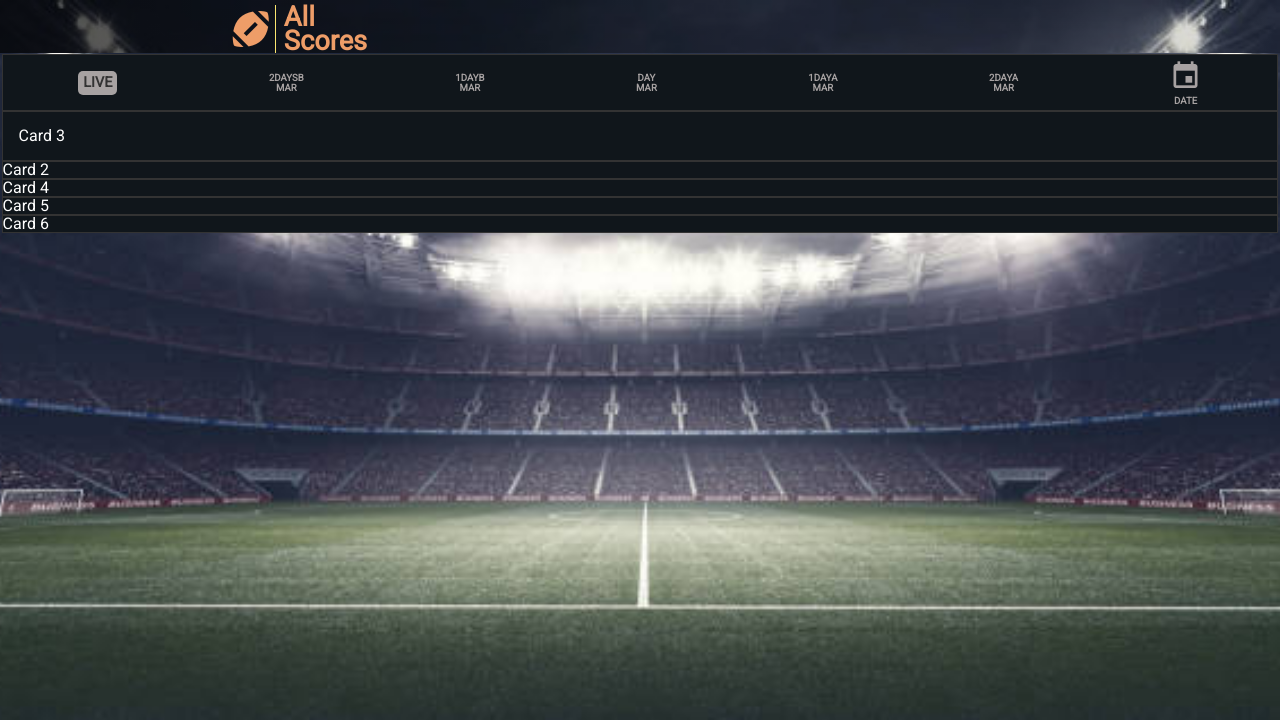
Repository: boomshakar/AllScores
Page: index.html
These files come from the project's save history. The page is drawn as it stood at one moment and after the next save; the edit follows.
The browser window is 1280 px wide. The pictures show the whole page.
The style sheet was rebuilt from its Sass, Less or Tailwind sources for each picture, by a compiler version that may differ from the author's.

Above is the page before, as saved 2021-03-30 03:24:32.

### index.html
<!DOCTYPE html>
<html lang="en">
  <head>
    <meta charset="UTF-8" />
    <meta http-equiv="X-UA-Compatible" content="IE=edge" />
    <meta name="viewport" content="width=device-width, initial-scale=1.0" />
    <title>All Scores</title>
    <link rel="stylesheet" href="css/main.css" />
    <link
      rel="stylesheet"
      href="https://fonts.googleapis.com/icon?family=Material+Icons"
    />
  </head>
  <body>
    <header>
      <a href="index.html" class="head-name__logo">
        <span class="material-icons md-48">sports_football</span>
        <h1>All<br />Scores</h1>
      </a>
      <ul class="head-name">
        <a href="index.html"
          ><li class="head-name__mob active">
            <span class="material-icons md-36">sports_soccer</span>
            <h3>Soccer</h3>
          </li></a
        >
        <a href="#"
          ><li class="head-name__mob">
            <span class="material-icons md-36">sports_basketball</span>
            <h3>Basket</h3>
          </li></a
        >
        <a href="#"
          ><li class="head-name__mob">
            <span class="material-icons md-36">golf_course</span>
            <h3>Golf</h3>
          </li></a
        >
        <a href="#"
          ><li class="head-name__mob">
            <span class="material-icons md-36">sports_tennis</span>
            <h3>Tennis</h3>
          </li></a
        >
      </ul>
      <div class="menu-btn">
        <span class="menu-btn__burger"></span>
      </div>
      <nav class="nav">
        <ul class="menu-nav">
          <div class="menu-nav__time">
            Lorem ipsum, dolor sit amet consectetur adipisicing elit. Qui
            quidem, dignissimos asperiores totam nesciunt laborum at consectetur
            nam temporibus ea.
          </div>
          <li class="menu-nav__item active">
            <a href="index.html" class="menu-nav__link">Soccer</a>
          </li>
          <li class="menu-nav__item">
            <a href="#" class="menu-nav__link">Basketball</a>
          </li>
          <li class="menu-nav__item">
            <a href="#" class="menu-nav__link">Tennis</a>
          </li>
          <li class="menu-nav__item">
            <a href="#" class="menu-nav__link">Hockey</a>
          </li>
          <li class="menu-nav__item">
            <a href="#" class="menu-nav__link">Golf</a>
          </li>
          <li class="menu-nav__item">
            <a href="#" class="menu-nav__link">Basketball</a>
          </li>
          <li class="menu-nav__item">
            <a href="#" class="menu-nav__link">Tennis</a>
          </li>
          <li class="menu-nav__item">
            <a href="#" class="menu-nav__link">Hockey</a>
          </li>
          <li class="menu-nav__item">
            <a href="#" class="menu-nav__link">Golf</a>
          </li>
          <li class="menu-nav__item">
            <a href="#" class="menu-nav__link">Basketball</a>
          </li>
          <li class="menu-nav__item">
            <a href="#" class="menu-nav__link">Tennis</a>
          </li>
          <li class="menu-nav__item">
            <a href="#" class="menu-nav__link">Hockey</a>
          </li>
          <li class="menu-nav__item">
            <a href="#" class="menu-nav__link">Golf</a>
          </li>
          <div class="menu-nav__foot">
            Lorem ipsum dolor sit amet consectetur adipisicing elit. Quisquam
            quod neque provident ex cumque adipisci, iusto, tempora quibusdam
            maxime, magni autem perferendis? Quibusdam, tenetur. Laudantium,
            velit reiciendis deleniti perferendis nesciunt vitae dolores itaque
            aut voluptas dolor veritatis. Optio ducimus consectetur nisi sequi,
            nesciunt id quis mollitia, laborum voluptates necessitatibus modi.
          </div>
        </ul>
      </nav>
    </header>
    <div class="grid-contain">
      <span class="card">
        <div class="date-select">
          <a href="#" class="date-select__link active"
            ><div class="date-select__match live-logo">
              <strong>live</strong>
            </div></a
          >
          <a href="#" class="date-select__link"
            ><div class="date-select__match">
              <h6>2daysB</h6>
              <h6>Mar</h6>
            </div></a
          >
          <a href="#" class="date-select__link"
            ><div class="date-select__match">
              <h6>1dayB</h6>
              <h6>Mar</h6>
            </div></a
          >
          <a href="#" class="date-select__link"
            ><div class="date-select__match">
              <h6>Day</h6>
              <h6>Mar</h6>
            </div></a
          >
          <a href="#" class="date-select__link"
            ><div class="date-select__match">
              <h6>1dayA</h6>
              <h6>Mar</h6>
            </div></a
          >
          <a href="#" class="date-select__link"
            ><div class="date-select__match">
              <h6>2dayA</h6>
              <h6>Mar</h6>
            </div></a
          >
          <a href="#" class="date-select__link"
            ><div class="date-select__match live-cal">
              <span class="material-icons"> event </span>
              <h6>Date</h6>
            </div></a
          >
        </div>
      </span>
      <div class="card">Card 2</div>
      <div class="card">Card 3</div>
      <div class="card">Card 4</div>
      <div class="card">Card 5</div>
      <div class="card">Card 6</div>
    </div>
  </body>
  <script src="main.js"></script>
</html>

### main.js
const menuBtn = document.querySelector(".menu-btn");
const menuBurger = document.querySelector(".menu-btn__burger");
const nav = document.querySelector(".nav");
const headName = document.querySelector(".head-name");
const menuNav = document.querySelector(".menu-nav");
const menuNavList = document.querySelectorAll(".menu-nav__item");

let menuOpen = false;

menuBtn.addEventListener("click", toggleMenu);

function toggleMenu() {
  if (!menuOpen) {
    menuBurger.classList.add("open");
    nav.classList.add("open");
    headName.classList.add("open");
    menuNav.classList.add("open");
    menuNavList.forEach((item) => item.classList.add("open"));

    menuOpen = true;
  } else {
    menuBurger.classList.remove("open");
    nav.classList.remove("open");
    headName.classList.remove("open");
    menuNav.classList.remove("open");
    menuNavList.forEach((item) => item.classList.remove("open"));

    menuOpen = false;
  }
}

### scss/main.scss
@import "config";
@import "menu";
@import "home";
@import "responsive";

body {
  position: relative;
  background: $primary-color;
  color: $text-color;
  height: 100vh;
  font-family: "Roboto", "Segoe UI", Tahoma, Verdana, sans-serif;
  line-height: 1;
  background: url(../img/stadium3.jpg);
  background-size: cover;
  background-repeat: no-repeat;
  background-position: center;
  background-attachment: fixed;
}

header {
  display: flex;
  z-index: 2;
  background: linear-gradient(to right, rgba(#000, 0.7), rgba(#000, 0.1)),
    url(../img/head.jpg);
  background-size: cover;
  background-repeat: no-repeat;
  position: fixed;
  width: 100vw;
  padding-top: 0.3rem;

  a {
    color: $secondary-color;
  }
}

### scss/_config.scss
$primary-color: #24303a;
$secondary-color: #ee9d68;
$text-color: #fae56f;
$text-color2: rgb(167, 162, 162);

* {
  box-sizing: border-box;
  margin: 0;
  padding: 0;
  outline: 0;
  list-style: none;
}
a {
  text-decoration: none;
}

@import url("https://fonts.googleapis.com/css2?family=Roboto&display=swap");

@mixin transition-mix {
  transition: all 0.5s ease-in-out;
}

@mixin media-xxsm {
  @media screen and (max-width: 313px) {
    @content;
    ul.head-name {
      visibility: hidden;
    }
  }
}

@mixin media-xsm {
  @media screen and (min-width: 314px) and (max-width: 359px) {
    @content;
  }
}

@mixin media-sm {
  @media screen and (min-width: 360px) and (max-width: 399px) {
    @content;
  }
}

@mixin media-smd {
  @media screen and (min-width: 400px) {
    @content;
  }
}

@mixin media-md {
  @media screen and (min-width: 500px) {
    @content;
  }
}

@mixin media-lg {
  @media screen and (min-width: 700px) {
    @content;
  }
}

@mixin media-xl {
  @media screen and (min-width: 1000px) {
    @content;
  }
}

### scss/_menu.scss
.menu-btn {
  position: fixed;
  z-index: 1;
  width: 28px;
  height: 20px;
  top: 0.8rem;
  right: 0.7rem;
  background: transparent;
  cursor: pointer;
  @include transition-mix;
  &__burger {
    position: absolute;
    width: 20px;
    height: 3px;
    right: 0.5rem;
    top: 0.5rem;
    background: pink;
    border-radius: 5px;
    @include transition-mix;

    &::before {
      content: "";
      position: absolute;
      width: 28px;
      height: 3px;
      top: -8px;
      background: $text-color;
      border-radius: 5px;
      @include transition-mix;
    }

    &::after {
      content: "";
      position: absolute;
      width: 28px;
      height: 3px;
      top: 8px;
      background: $text-color;
      border-radius: 5px;
      @include transition-mix;
    }

    &.open {
      transform: rotate(720deg);
      background: transparent;

      &::before {
        transform: rotate(45deg) translate(5px, 8px);
        background: $secondary-color;
      }
      &::after {
        transform: rotate(-45deg) translate(3px, -7px);
        background: $secondary-color;
      }
    }
  }
}
nav {
  position: fixed;
  top: 0;
  left: 0;
  width: 100vw;
  visibility: hidden;
  &.open {
    visibility: visible;
  }
}

.menu-nav {
  display: grid;
  grid-template-columns: 1fr;
  grid-template-rows: 1fr;
  width: 100vw;
  height: 100vh;
  top: 50px;
  left: 0;
  right: 0;
  bottom: 0;
  overflow-y: scroll;
  overflow-x: hidden;
  background: $primary-color;
  opacity: 0.97;
  transform: translateY(-100%);
  @include transition-mix;

  &.open {
    transform: translateY(0);
  }
  &__time {
    padding: 1.5rem 1.5rem 1rem 1.5rem;
    line-height: 1.2;
    font-size: 12px;
  }

  &__item {
    transform: translateX(100vw);
    border-bottom: 1px solid rgb(102, 96, 96);
    @include transition-mix;
    &:nth-of-type(1) {
      border-top: 1px solid rgb(102, 96, 96);
    }
    &.open {
      transform: translateX(0);
    }
    &.active > a {
      color: $secondary-color;
    }
  }

  &__link {
    display: grid;
    font-size: 1.1rem;
    padding: 0.7rem 0;
    font-weight: 600;
    text-transform: uppercase;
    text-align: center;
    color: rgb(167, 162, 162);
    @include transition-mix;

    &:hover {
      color: $secondary-color;
    }
  }

  &__foot {
    padding: 2rem 1.5rem 200px 1.5rem;
    font-size: 12px;
  }
}

@for $f from 1 through 14 {
  .menu-nav__item:nth-child(#{$f}) {
    transition-delay: ($f * 0.1s) + 0.05s;
  }
}

### scss/_home.scss
.grid-contain {
  padding: 3.4rem 0.1rem 1.5rem 0.1rem;
  display: grid;
  grid-template-columns: 1fr;

  .card {
    background: darken($primary-color, 10%);
    border: 1px solid #333;
    color: #fff;

    &:nth-child(1) {
      //date selector
      grid-column: 1 / 1;
      grid-row: 1/ 2;
      .date-select {
        display: flex;
        flex-direction: row;
        justify-content: space-around;
        &__link {
          color: $text-color2;
          padding: 0.3rem 0.8rem;
          text-transform: uppercase;
          text-align: center;
          align-content: center;
          justify-content: center;
          &:nth-child(1) > .live-logo {
            color: #333;
            background: $text-color2;
            border-radius: 5px;
            padding: 5px;
          }
          &:nth-child(1) > .live-cal {
            padding: 5px;
          }
        }
        &__match {
          font-size: 0.9rem;
          .material-icons {
            font-size: 2rem;
          }
        }
      }
    }

    &:nth-child(2) {
      //left side
      grid-column: 1;
      grid-row: 3 / 4;
    }

    &:nth-child(3) {
      //main menu
      grid-column: 1;
      grid-row: 2 / 3;
      padding: 1rem;
    }

    &:nth-child(4) {
      //right side
      grid-column: 1;
      grid-row: 4 / 5;
    }

    &:nth-child(5) {
      //stciky ad below
      grid-column: 1;
      grid-row: 5 / 6;
    }

    &:nth-child(6) {
      //footer
      grid-column: 1;
      grid-row: 6 / 7;
    }
  }
}

### scss/_responsive.scss
@include media-xxsm {
  header {
    height: 2.8rem;
    justify-content: space-between;
    .head-name__logo {
      display: flex;
      flex-direction: row;
      cursor: pointer;
      &:hover > .material-icons {
        color: $text-color;
      }

      .material-icons {
        font-size: 2.5rem;
        align-items: center;
        cursor: pointer;
        @include transition-mix;
      }
      h1 {
        font-weight: 800;
        border-left: 1px solid $text-color;
        line-height: 1.3rem;
        padding: 0 0.5rem;
        font-size: 1.1rem;
        cursor: pointer;
      }
    }
  }
}

@include media-xsm {
  header {
    justify-content: space-between;
    .head-name__logo {
      display: flex;
      flex-direction: row;
      cursor: pointer;
      height: 2.5rem;
      &:hover > .material-icons {
        color: $text-color;
      }

      .material-icons {
        font-size: 2.5rem;
        align-items: center;
        cursor: pointer;
        @include transition-mix;
      }
      h1 {
        font-weight: 800;
        border-left: 1px solid $text-color;
        line-height: 1.3rem;
        padding: 0 0.5rem;
        font-size: 1.1rem;
        cursor: pointer;
      }
    }
    ul.head-name {
      display: flex;
      flex-direction: row;
      margin-right: 2rem;
      &.open {
        visibility: hidden;
      }

      .head-name__mob {
        border-left: 1px solid $text-color2;
        padding: 0 0.2rem;
        text-align: center;
        width: 3rem;
        @include transition-mix;
        &.active {
          background: linear-gradient(
            to right,
            rgba(#fff, 0.3),
            rgba(#fff, 0.1)
          );
          color: $text-color;
          border-radius: 5px;
          border-left: 1px solid $text-color;
        }
        &:hover > .material-icons {
          color: $text-color;
        }
      }
      .material-icons {
        font-size: 1.3rem;
        cursor: pointer;
        @include transition-mix;
      }
      h3 {
        font-size: 0.7rem;
      }
    }
    .menu-btn {
      right: -0.3rem;
    }
  }
}

@include media-sm {
  header {
    justify-content: space-between;
    .head-name__logo {
      display: flex;
      flex-direction: row;
      cursor: pointer;
      height: 2.5rem;
      &:hover > .material-icons {
        color: $text-color;
      }

      .material-icons {
        font-size: 2.5rem;
        align-items: center;
        cursor: pointer;
        @include transition-mix;
      }
      h1 {
        font-weight: 800;
        border-left: 1px solid $text-color;
        line-height: 1.3rem;
        padding: 0 0.5rem;
        font-size: 1.1rem;
        cursor: pointer;
      }
    }
    ul.head-name {
      display: flex;
      flex-direction: row;
      margin-right: 2rem;
      &.open {
        visibility: hidden;
      }

      .head-name__mob {
        border-left: 1px solid $text-color2;
        padding: 0 0.5rem;
        text-align: center;
        width: 3.3rem;
        &.active {
          background: linear-gradient(
            to right,
            rgba(#fff, 0.3),
            rgba(#fff, 0.1)
          );
          color: $text-color;
          border-radius: 5px;
          border-left: 1px solid $text-color;
        }
        &:hover > .material-icons {
          color: $text-color;
        }
      }
      .material-icons {
        font-size: 1.3rem;
        cursor: pointer;
        @include transition-mix;
      }
      h3 {
        font-size: 0.8rem;
      }
    }
    .menu-btn {
      right: 0.3rem;
    }
  }
}

@include media-smd {
  header {
    justify-content: space-between;
    .head-name__logo {
      display: flex;
      flex-direction: row;
      cursor: pointer;
      &:hover > .material-icons {
        color: $text-color;
      }

      .material-icons {
        font-size: 3rem;
        align-items: center;
        cursor: pointer;
        @include transition-mix;
      }
      h1 {
        font-weight: 800;
        border-left: 1px solid $text-color;
        line-height: 1.5rem;
        padding: 0 0.5rem;
        font-size: 1.4rem;
        cursor: pointer;
      }
    }
    ul.head-name {
      display: flex;
      flex-direction: row;
      margin-right: 2rem;
      &.open {
        visibility: hidden;
      }

      .head-name__mob {
        border-left: 1px solid $text-color2;
        padding: 0 0.3rem;
        text-align: center;
        width: 3.4rem;
        @include transition-mix;
        &.active {
          background: linear-gradient(
            to right,
            rgba(#fff, 0.3),
            rgba(#fff, 0.1)
          );
          color: $text-color;
          border-radius: 5px;
          border-left: 1px solid $text-color;
        }
        &:hover > .material-icons {
          color: $text-color;
        }
      }
      .material-icons {
        font-size: 1.7rem;
        cursor: pointer;
        @include transition-mix;
      }
      h3 {
        font-size: 0.8rem;
      }
    }
    .menu-btn {
      top: 1.2rem;
      right: 0.4rem;
    }
  }
}

@include media-md {
  header {
    justify-content: space-between;
    .head-name__logo {
      display: flex;
      flex-direction: row;
      cursor: pointer;
      &:hover > .material-icons {
        color: $text-color;
      }

      .material-icons {
        font-size: 3rem;
        align-items: center;
        cursor: pointer;
        @include transition-mix;
      }
      h1 {
        font-weight: 800;
        border-left: 1px solid $text-color;
        line-height: 1.5rem;
        padding: 0 0.5rem;
        font-size: 1.7rem;
        cursor: pointer;
      }
    }
    ul.head-name {
      display: flex;
      flex-direction: row;
      margin-right: 5rem;
      &.open {
        visibility: hidden;
      }

      .head-name__mob {
        border-left: 1px solid $text-color2;
        padding: 0 0.5rem;
        text-align: center;
        width: 3.8rem;
        @include transition-mix;
        &.active {
          background: linear-gradient(
            to right,
            rgba(#fff, 0.3),
            rgba(#fff, 0.1)
          );
          color: $text-color;
          border-radius: 5px;
          border-left: 1px solid $text-color;
        }
        &:hover > .material-icons {
          color: $text-color;
        }
      }
      .material-icons {
        font-size: 1.7rem;
        cursor: pointer;
        @include transition-mix;
      }
      h3 {
        font-size: 0.8rem;
      }
    }
  }
}

@include media-lg {
  header {
    justify-content: space-evenly;
    .head-name__logo {
      display: flex;
      flex-direction: row;
      cursor: pointer;
      margin-right: 8rem;
      &:hover > .material-icons {
        color: $text-color;
      }

      .material-icons {
        font-size: 3rem;
        align-items: center;
        cursor: pointer;
        @include transition-mix;
      }
      h1 {
        font-weight: 800;
        border-left: 1px solid $text-color;
        line-height: 1.5rem;
        padding: 0 0.5rem;
        font-size: 1.7rem;
        cursor: pointer;
      }
    }
    ul.head-name {
      display: flex;
      flex-direction: row;
      &.open {
        visibility: hidden;
      }

      .head-name__mob {
        border-left: 1px solid $text-color2;
        padding: 0 0.3rem;
        text-align: center;
        width: 3.8rem;
        &.active {
          background: linear-gradient(
            to right,
            rgba(#fff, 0.3),
            rgba(#fff, 0.1)
          );
          color: $text-color;
          border-radius: 5px;
          border-left: 1px solid $text-color;
        }
        &:hover > .material-icons {
          color: $text-color;
        }
      }
      .material-icons {
        font-size: 1.7rem;
        cursor: pointer;
        @include transition-mix;
      }
      h3 {
        font-size: 0.8rem;
      }
    }
    .menu-btn {
      visibility: hidden;
    }
  }
}

@include media-xl {
  header {
    justify-content: space-evenly;
    .head-name__logo {
      display: flex;
      flex-direction: row;
      cursor: pointer;
      margin-right: 8rem;
      &:hover > .material-icons {
        color: $text-color;
      }

      .material-icons {
        font-size: 3rem;
        align-items: center;
        cursor: pointer;
        @include transition-mix;
      }
      h1 {
        font-weight: 800;
        border-left: 1px solid $text-color;
        line-height: 1.5rem;
        padding: 0 0.5rem;
        font-size: 1.7rem;
        cursor: pointer;
      }
    }
    ul.head-name {
      display: flex;
      flex-direction: row;
      &.open {
        visibility: hidden;
      }

      .head-name__mob {
        border-left: 1px solid $text-color2;
        padding: 0 0.3rem;
        text-align: center;
        width: 3.8rem;
        &.active {
          background: linear-gradient(
            to right,
            rgba(#fff, 0.3),
            rgba(#fff, 0.1)
          );
          color: $text-color;
          border-radius: 5px;
          border-left: 1px solid $text-color;
        }
        &:hover > .material-icons {
          color: $text-color;
        }
      }
      .material-icons {
        font-size: 1.7rem;
        cursor: pointer;
        @include transition-mix;
      }
      h3 {
        font-size: 0.8rem;
      }
    }
  }
}

After the next save:
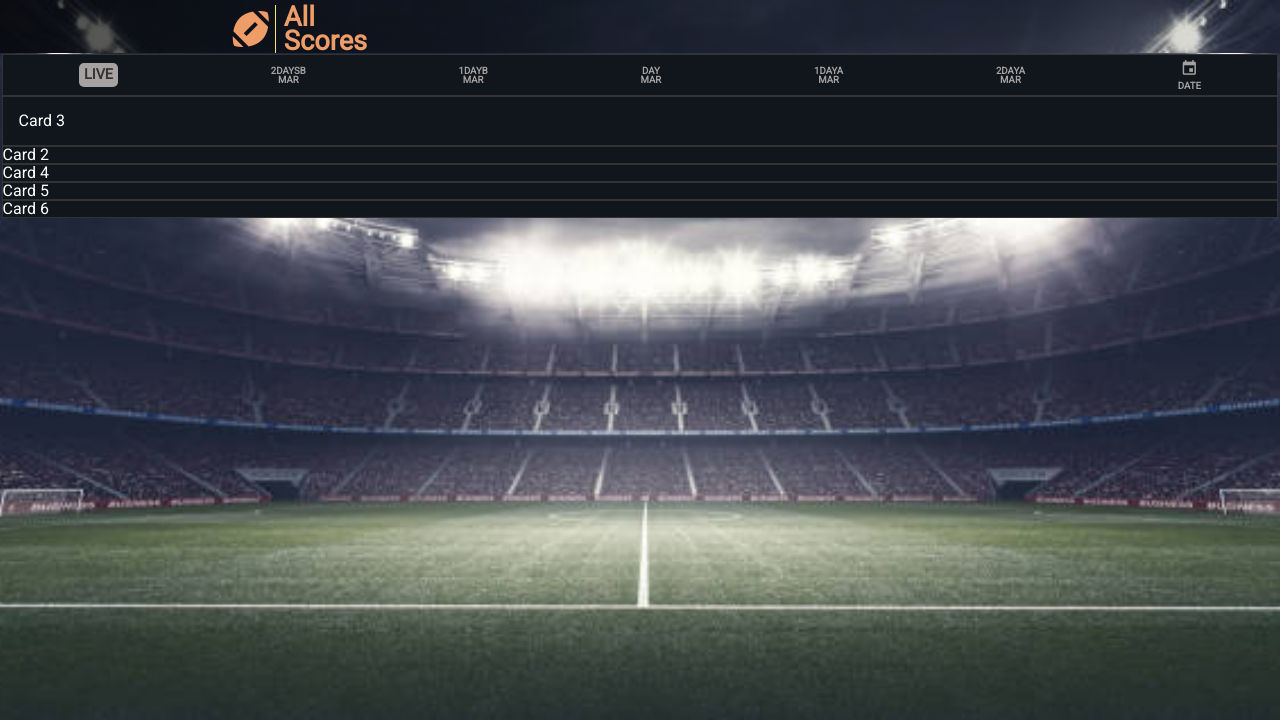
Saved 6 s later.
--- a/scss/_home.scss
+++ b/scss/_home.scss
@@ -36,7 +36,7 @@
         &__match {
           font-size: 0.9rem;
           .material-icons {
-            font-size: 2rem;
+            font-size: 1.1rem;
           }
         }
       }
